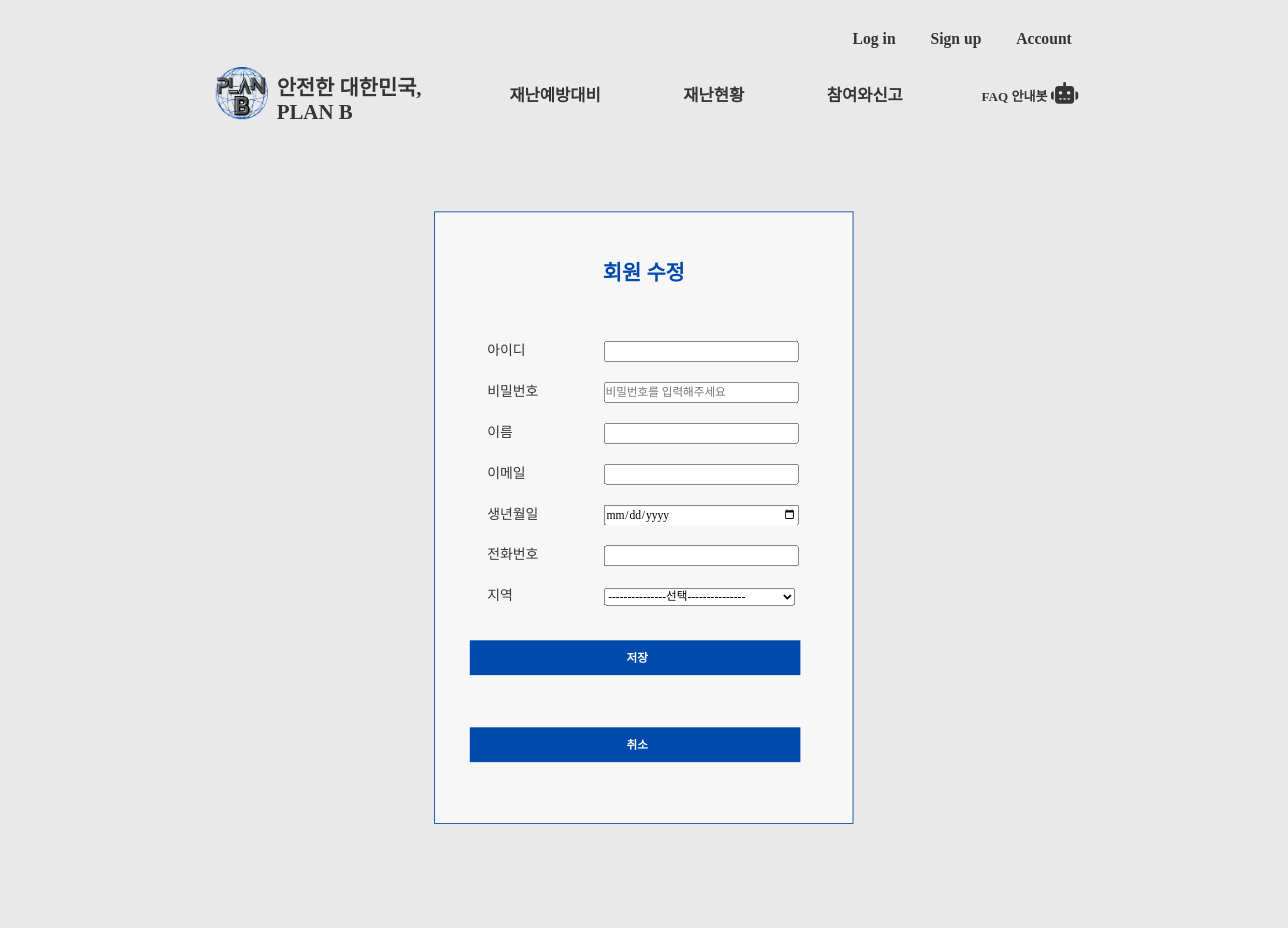
Repository: finalteam4/final
Page: http://localhost/member/update
These files come from the project's save history. The page is drawn as it stood at one moment and after the next save; the edit follows.
The browser window is 1280 px wide. The page is 1480 px wide, so the pictures cover 1480 px, including what lies to the right of the window. The pictures show the whole page, at 87% of full size.
Some web libraries are served in a nearby version. The page is this project's Thymeleaf template; nobody is signed in. The template is opened directly, without the code that normally fills it, so the values that code supplies are empty.

Above is the page before, as saved 2024-02-08 06:48:36.

### final/src/main/resources/templates/member/update.html
<!DOCTYPE html>
<html xmlns:th="http://www.thymeleaf.org">
<head>
<meta charset="UTF-8">
<title>회원정보...</title>
<link rel="stylesheet" th:href="@{/css/style.css}">
</head>
<body>
   <div class="ch">
    <div th:replace="~{header}"></div>
	<div id="container">
	  <section id="update">
		<h2>회원 수정</h2>
		<form th:action="@{/member/update}" method="post">
		<input type="hidden" name="id" th:value="${member.id}">
		   <fieldset>
		  	<ul>
		  		<li>
		  			<label for="memberId">아이디</label>
		  			<input type="text" name="memberId" readonly
		  				id="memberId" th:value="${member.memberId}">
		  		</li>
		  		<li>
		  			<label for="password">비밀번호</label>
		  			<input type="password" name="password"
		  			    id="password" placeholder="비밀번호를 입력해주세요">
		  		</li>
		  		<li>
		  			<label for="name">이름</label>
		  			<input type="text" name="name"
		  			    id="name" th:value="${member.name}">
		  		</li>
		  		<li>
		  			<label for="memberEmail">이메일</label>
		  			<input type="text" name="memberEmail"
		  			    id="memberEmail" th:value="${member.memberEmail}">
		  		</li>
		  		<li>
		  			<label for="memberAge">생년월일</label>
		  			<input type="date" name="memberAge"
		  			    id="memberAge" th:value="${member.memberAge}">
		  		</li>
		  		<li>
		  			<label for="mnumber">전화번호</label>
		  			<input type="text" name="mnumber"
		  			    id="mnumber" th:value="${member.mnumber}">
		  		</li>
		  		<li>
		  			<label for="memberArea">지역</label>
		  			 <select name="memberArea" id="memberArea" th:value="${member.memberArea}">
						    <option value="">---------------선택---------------</option>
						    <option value="서울특별시">서울특별시</option>
						    <option value="부산광역시">부산광역시</option>
						    <option value="대구광역시">대구광역시</option>
						    <option value="인천광역시">인천광역시</option>
						    <option value="광주광역시">광주광역시</option>
						    <option value="대전광역시">대전광역시</option>
						    <option value="울산광역시">울산광역시</option>
						    <option value="세종특별자치시">세종특별자치시</option>
						    <option value="경기도">경기도</option>
						    <option value="강원특별자치도">강원특별자치도</option>
						    <option value="충청북도">충청북도</option>
						    <option value="충청남도">충청남도</option>
						    <option value="전북특별자치도">전북특별자치도</option>
						    <option value="전라남도">전라남도</option>
						    <option value="경상북도">경상북도</option>
						    <option value="경상남도">경상남도</option>
						    <option value="제주특별자치도">제주특별자치도</option>
						</select>
		  		</li>
		  		<div class="line3"></div>
		  	    <li>
		  			<button type="submit" id="updatef">저장</button>
		  			<button type="reset" id="updatef">취소</button>
		  		</li>
		  	 </ul>
	  	    </fieldset>
	  	  </form>
	  	</section>
	</div>
	</div>
</body>
</html>

### final/src/main/resources/static/css/style.css
@charset "UTF-8";


/* 공통 */

*{margin: 0; padding: 0; font-family: 'NanumSquareRound';}

html, body{height:auto; min-height:100%; min-width:1440px; width:100%; color: #353535; background: #e9e9e9;}

a{text-decoration: none; color:#353535; font-weight:900;}
a:hover{text-decoration: none; color: #004aad; font-weight:900;}
ul li{list-style: none;}




/* nagyung */


/* =============================================
                     header
================================================ */
#planB-header{width:100%; max-width:1024px; margin:0 auto;
	/* border:1px solid black; */ /* body: 1024px틀 마지막에 지울예정 */
}
/* header - 로그인, 회원가입, 마이페이지 */
.planB-sidemenu{
	width:100%;
	display:flex;
	justify-content: flex-end;
}
.planB-sidemenu a{padding: 15px 20px; font-size:18px;}
/* header - 로고, 메인메뉴, 챗봇 */
.planB-menuWrap{width:100%; display:flex; margin-bottom:10px;}
.main-img-logo{
	width:310px;
	display:flex;
	align-items: center;
	padding-left:20px;
	}
.main-img-logo h2{padding:10px 0 0 10px;  font-weight:900;}

.main-menu{
	width:90%;
	margin:0 auto;
	display:flex;
	justify-content: space-evenly;
    align-items: center;
    padding-top:20px;
    }
.main-menu a{font-size:19px; letter-spacing:1px;}
.main-menu span{font-size:15px;}
/*===============================================
 					footer
=================================================*/



/* chaehee */

.ch{
  width: 100%;
  padding: 20px;
  background-color: #E9E9E9;


  .container{width: 90%; padding: 30px; margin: 0 auto;}


/* login 스타일 */
  #login{
    margin: 100px auto;
    padding: 40px;
    width: 380px;
    background-color: #f7f7f7;
    border: 1px solid rgb(0, 74 , 173);
    flex-direction: column;
  }
  #login h2{
    text-align: center;
    margin: 20px;
    color: rgb(0, 74 , 173);
  }
  #login fieldset{
    border: none;
  }

  #login li input{
  	border-style: none;
    margin: 15px auto;
    padding: 0 10px 0 10px;
    width: 100%;
    height: 40px;
    text-indent: 5px;
  }
  #login #username,
  #login #password,
  #login #loginbutton,
  #login #joinf{
    box-sizing: border-box;
    border: 1px solid #004aad;
  }
  #login #loginbutton,
  #login #joinf{
    font-weight: bold;
  }
  #login #loginbutton{
    background-color: #004aad;
    color: white;
  }
  #login #joinf{
    background-color: white;
    color: #004aad;
  }
  .line {
    display:flex;
    flex-basis:100%;
    align-items:center;
    color:rgba(0,0,0,0.35);
    font-size:14px;
    margin:10px 0px;
  }
  .line::before{
    content:"";
    flex-grow:1;
    margin:0px 16px;
    background:rgba(0,0,0,0.35);
    height:1px;
    font-size:0px;
  }
  .line::after {
    content:"";
    flex-grow:1;
    margin:0px 16px;
    background:rgba(0,0,0,0.35);
    height:1px;
    font-size:0px;
  }

  /* join 스타일 */
  #join{
    margin: 100px auto;
    padding: 40px;
    width: 400px;
    background-color: #f7f7f7;
    border: 1px solid rgb(0, 74 , 173);
    flex-direction: column;
  }
  #join h2{
    text-align: center;
    margin: 10px 20px 50px 20px;
    color: rgb(0, 74 , 173);
  }
  #join fieldset{
    border: none;
  }
  #join label{
    display: inline-block;
    width: 120px;
    margin: 10px 0px 10px 20px;
  }
  #join input[type="text" i],
  #join input[type="password" i],
  #join input[type="date" i],
  #join select  {
  width: 220px;
  height: 20px;
  margin: 10px;
  }
  #join #joinf, #join #kakao, #join #naver, #join #google {
  	border-style: none;
    margin: 15px 10px;
    width: 380px;
    height: 40px;
    text-indent: 5px;
  }

  #join #joinf{
    background-color: #004aad;
    color: white;
    font-weight: bold;
  }
  /* account 스타일 */
  #account{
    width: 60%;
    margin: 100px auto;
    display: flex;
    border: 1px solid #004aad;
    background-color: #f5f5f5;
    max-width: 1024px;
  }
  #left{
    width: 40%;
    height: 100%;
  }
  #left #mimage{
    width: 50%;
    aspect-ratio: 1 / 1;
    margin: 20px auto;
    background-color: #dadada;
    border-radius: 50%;
    margin-top: 25%;
    overflow: hidden;
  }
   #left #mimage img{
   display: block;
   width: 100%;
   }
  #left h6{
    padding-bottom: 50px;
    text-align: center;
    font-size: 15px;
  }
  #left .mbutton{
    margin: 10% auto;
    padding: 5%;
    width: 50%;
    border-radius: 30px;
    text-align: center;
    color: white;
    font-weight: bold;
  }
  #left #update{
    background-color: #dadada;
    font-size: 15px;
  }
  #left #logout{
    background-color: #004aad;
    font-size: 15px;
  }
  #right{
    margin: auto;
    padding: 30px;
    width: 90%;
    height: 100%;
    display: flex;
    flex-direction: column;
    justify-content: center;
  }
  #right h5{
    width: 100%;
    margin: 10px;
  }
  #right .mcontent{
    display: flex;
    flex-direction: column;
    margin: 5px 0 25px 0;
    padding: 5px 0;
    width: 100%;
    background-color: #ececec;
    border-top: 1px solid #004aad;
    border-bottom: 1px solid #004aad;
    align-items: center;
  }
  #right .mcontent p{
	padding: 8px 0px;
    width: 90%;
    border-bottom: 1px dashed white;
    text-align: center;
  }
  #right .mcontent p:last-child {
  border-bottom: none;
}
  .line2 {
    border-left: 1px dotted #004aad;
    width: 0;
  }

/* update 스타일 */
  #update{
    margin: 100px auto;
    padding: 40px;
    width: 400px;
    background-color: #f7f7f7;
    border: 1px solid rgb(0, 74 , 173);
    flex-direction: column;
  }
  #update h2{
    text-align: center;
    margin: 10px 20px 50px 20px;
    color: rgb(0, 74 , 173);
  }
  #update fieldset{
    border: none;
  }
  #update label{
    display: inline-block;
    width: 120px;
    margin: 10px 0px 10px 20px;
  }
  #update input[type="text" i],
  #update input[type="password" i],
  #update input[type="date" i],
  #update select  {
  width: 220px;
  height: 20px;
  margin: 10px;
  }
  #update #updatef, #update #kakao, #update #naver, #update #google {
    border-style: none;
    margin: 15px 10px;
    width: 380px;
    height: 40px;
    text-indent: 5px;
  }

  #update #updatef{
  	margin: 30px 0;
    background-color: #004aad;
    color: white;
    font-weight: bold;
  }



}

/* yubin */


.main-main {
	width:1024px;

    background-color: #d9d9d9;
    margin: 0 auto;
}
/* 메뉴 */
#state_sub{
		background: #1b4fa2 url(/images/titBg.jpg) no-repeat 50% 50%;
}
#state_sub .stateWrap > strong {
    display: block;
    margin-bottom: 30px;
    text-align: center;
    font-size: 44px;
    font-weight: 200;
    color: #fff;
    line-height: 1.1em;
}
#state_sub .stateWrap ul {
    text-align: center;
}
#state_sub .stateWrap ul li {
    display: inline-block;
    position: relative;
    margin: 0 24px;
    padding-bottom: 6px;
}
#state_sub .stateWrap ul li.active a strong {
    color: #fff;
    font-weight: 400;
}
#state_sub .stateWrap ul li a strong {
    display: block;
    font-size: 16px;
    font-weight: 200;
    color: rgba(255, 255, 255, 0.5);
}

/*산불페이지 */
.leftArea{
	float: left;

}
.leftArea img{
	width: 400px;
	height: 600px;
	margin: 10px 0 0 10px;
}
.rightArea{
	display:inline-block;
	margin-left: 20px;

}
.rightArea h2{
	margin-top: 20px;

}

.todayArea ul li{
	list-style: none;
	float: left;
    width: 183px;
    height: 110px;
    padding: 24px 0 0;
    margin-right: 10px;
    text-align: center;
    line-height: 1em;
    background: #f1f1f1;
    box-sizing: border-box;
    margin-top: 20px;
    margin-bottom: 20px;
}
/* 표 전체 스타일 */
.tableArea {
    width: 590px;
    height: 400px;
    margin-top:20px;
    overflow: auto; /* 내용이 넘칠 경우 스크롤 표시 */
}

/* 표 제목 스타일 */
.tableArea table {
    width: 100%;
    border-collapse: collapse;
    font-size: 14px;
}

/* 각 셀 스타일 */
.tableArea th, .tableArea td {
    border: 1px solid #ddd;
    padding: 8px;
    text-align: center;
}

/* 각 열 스타일 */
.tableArea th {
    background-color: #f0f0f0;
}

/* 각 행 스타일 */
.tableArea tr:hover {
    background-color: #f5f5f5;
}
 .terms317 img {

    width: 900px; /* 너비를 원하는 크기로 지정 */
    height: auto; /* 높이는 자동으로 조절됩니다. */

  }
.terms317 p{
	margin-left: 55px;
}
  .terms318 img {
    width: 300px; /* 너비를 원하는 크기로 지정 */
    height: auto; /* 높이는 자동으로 조절됩니다. */
  }

  .terms319 img {
    width: 250px; /* 너비를 원하는 크기로 지정 */
    height: auto; /* 높이는 자동으로 조절됩니다. */
  }

  .terms320 img {
    width: 550px; /* 너비를 원하는 크기로 지정 */
    height: auto; /* 높이는 자동으로 조절됩니다. */
  }

  .terms321 img {
    width: 550px; /* 너비를 원하는 크기로 지정 */
    height: auto; /* 높이는 자동으로 조절됩니다. */
  }


  .tabSlideWrap {
    padding: 10px;
  }

  .swiper-container-horizontal {
    position: relative;
    display: flex;
    justify-content: space-around;
  }

  .swiper-wrapper {
    list-style: none;
    padding: 0;
    margin: 0;
    display: flex;
  }

  .swiper-slide {
    margin-right: 20px;
  }

  .swiper-slide a {
    text-decoration: none;
    color: black;
    padding: 10px;
    display: block;
  }

  .swiper-slide a:hover {
    background-color: #f0f0f0;
  }
 /* 산불끝 */









/* KH */

/* 비상연락처 */

#container_emer h2{text-align:center; font-size: 3em; color:#e9e9e9; padding-top: 20px;
   margin-bottom: 50px;}
#container_emer{text-align: center; background-color: #e9e9e9;}
#emer_title{height: 95px; background-color:#004aad;}
#emer_tbl {border-collapse: collapse; margin: 20px auto;}
#emer_tbl td{width: 150px; height: 30px; border: 2px solid #ddd;
	padding: 8px; text-align: center; color: #363636; background-color:#f9f9f9;}
.region {cursor: pointer;}
#map {width: 1024px; height: 1024px;margin: 30px auto; background-color: rgba(255,255,255,1);
	}









/* sanghyun */

#content{
	width: 1024px;
	margin: 0px auto;
	height: 200vh;
}
h2.board_h2{
	color: #fff; text-align: center;
	width: 100%;
	height: 60px;
	background-color: #004aad;
	font-weight: bold;
	margin: 0;
	line-height: 60px;

}

#data_content{
	width: 100%;
	margin-top: 100px;
}

.news_section{
	margin: 50px 0px 0px 100px;
	width : 45%;
	border: 10px solid #fc80ac;
	display: block;
    float: left;
    padding: 10px;
    font-size:0.8rem;
}
.news_section p{
	margin: 5px;
}
.org_name{
	padding: 5px;
	font-size:1rem;
}
.board_section{
	display: block;
    float: left;
    margin: 50px 10px;
}


/* 게시판 */
.board_content{
	width: 100%;
	background-color: #fff;
	height: 100%;
}


.tbl_list {
	margin: 0 auto;
	width: 95%;
	text-align: center;
	border-collapse: collapse;
}
.tbl_list td, th{
	border-left: none;
	border-right: none;
	border-bottom: 1px solid black;
}
.td_title {width: 50%; text-overflow: ellipsis; white-space:nowrap;}

.board_btn {
   width: 90px;
   height: 35px;
   background-color: #cdcdcd;
   border: 1px solid #353535;
   border-radius: 10px;
   box-shadow: 2px 2px 4px rgba(0, 0, 0, 0.5);
   font-weight: bold;
}

.board_btn:hover{
	background-image: linear-gradient(to bottom right, #002255, #004aad);
	color: #fff;
}


/* 페이지 버튼 */
.pagination_btn {
    display: flex;
    justify-content: center;
    align-items: center; /* 수직 가운데 정렬 추가 */
    font-size: 15px;
    line-height: normal;
}

.page-box {
    margin: 0 10px;
    font-weight: bold;
    display: inline-block;
}

.page-num-btn {
    width: 20px;
    height: 20px;
    border-radius: 50%;
    margin: 5px auto;
}

.page-btn.disabled {
    pointer-events: none;
    cursor: default;
    color: #aaa;
}

.page-btn.active {
    display: inline-flex;
    align-items: center; /* 수직 가운데 정렬 추가 */
    justify-content: center;
    width: 30px;
    height: 30px;
    background-image: radial-gradient(ellipse, #0088FF, #004AAD);
    border-radius: 50%;
    color: #fff;
    text-align: center;
}

.page-btn.active .page-box {
    display: inline-block;
    color: #fff;
}

/* 게시판 검색창 */
.search_btn{
   width: 450px;
   height: 35px;
   margin: 0px auto;
   background-color: #cdcdcd;
   border: 1px solid #353535;
   border-radius: 10px;
   padding-top: 10px;
   box-shadow: 2px 2px 4px rgba(0, 0, 0, 0.5);
}

.search_btn2{
   width: 350px;
   height: 35px;
   margin: 0px auto;
   background-color: #cdcdcd;
   border: 1px solid #353535;
   border-radius: 10px;
   padding-top: 10px;
   box-shadow: 2px 2px 4px rgba(0, 0, 0, 0.5);
}

.toggle_btn{
   width: 80px;
   height: 25px;
   border: none;
   border-radius: 5px;
   text-align: center;
   background-color: #fff;
   margin: 0px 10px;
}
.search_box{
   width: 230px;
   height: 25px;
   border: none;
   border-radius: 5px;
   padding: 0px 10px;
}
.board_btn1 {
   width: 70px;
   height: 25px;
   border: none;
   border-radius: 0 5px 5px 0;
   border-left : 1px solid #000;
   background-color: rgba(0, 0, 0, 0);
   font-weight: semi-bold;
}
.board_btn2 {
   width: 50px;
   height: 25px;
   border: none;
   background-color: rgba(0, 0, 0, 0);
   font-weight: semi-bold;
}

/* 게시글 상세보기 */
.tbl_detail{
	width: 95%;
	margin: 0 auto;
}
.tbl_detail td, th{
	border-left: none;
	border-right: none;
}

/* 댓글 */
.replyform{
	width: 95%;
	margin: 0 auto;
}
.replyWrite{
	margin-top:10px;
	border-color:#ccc;
}
#rcontent{
	width:100%;
}
.reply_reply{
	margin-top: 10px;
}

/* 글쓰기 */
.custom-file-input {
    display: none; /* 숨김 */
}

.custom-file-label {
    width: 90px;
    height: 35px;
    background-color: #cdcdcd;
    border: 1px solid #353535;
    border-radius: 10px;
    box-shadow: 2px 2px 4px rgba(0, 0, 0, 0.5);
    font-weight: bold;
    display: flex;
    justify-content: center;
    align-items: center;
    cursor: pointer;
    float: left;
    margin-bottom: 10px;
    margin-right: 10px;
}

.custom-file-label:hover{
	background-image: linear-gradient(to bottom right, #002255, #004aad);
	color: #fff;
}

.file-name{
	line-height: 35px;
}

.form-control {
  display: block;
  width: 95%;
  border: 1px solid #dee2e6;
  border-radius: 0.375rem;
  margin: 0 auto;
  padding: 5px;
}

@media (prefers-reduced-motion: reduce) {
  .form-control {
    transition: none;
  }
}
.form-select {
  display: block;
  width: 95%;
  border: 1px solid #dee2e6;
  border-radius: 0.375rem;
  margin: 0 auto;
}
@media (prefers-reduced-motion: reduce) {
  .form-select {
    transition: none;
  }
}
/* 채팅방 */

@media (max-width: 1024px) {
  #content {
    width:100%;
  }
  table{
  font-size: 1.5vw
  }
  .search_btn{
  	width: 425px;
  }
}



@media (max-width: 425px) {
  #content {
    width:355px;
  }
  table{
  font-size: 10px;
  }
  .search_btn{
  	width:355px;
  }
}



/* 헤더 */
header #head_header nav{
	width: 100%;
	height: 80px;
	background: #e9e9e9;
	border-top: 1px solid #ccc;
	border-bottom: 1px solid #ccc;
}
header #head_header h1{
	text-align:center;
}
#top_menu{line-height: 80px; text-align:center;}
#top_menu li{display: inline-block; margin: 0 20px; }
#top_menu li a{color: #444; padding: 0 20px;}
#top_menu li a:hover{color: #111;}

Loaded but not shown: final/src/main/resources/static/js/faq-chatbot.js (83 lines, source omitted); final/src/main/resources/static/js/favicon.js (19 lines, source omitted); final/src/main/resources/static/css/Mainstyle.css (775 lines, source omitted); final/src/main/resources/templates/header.html (152 lines, source omitted)

After the next save:
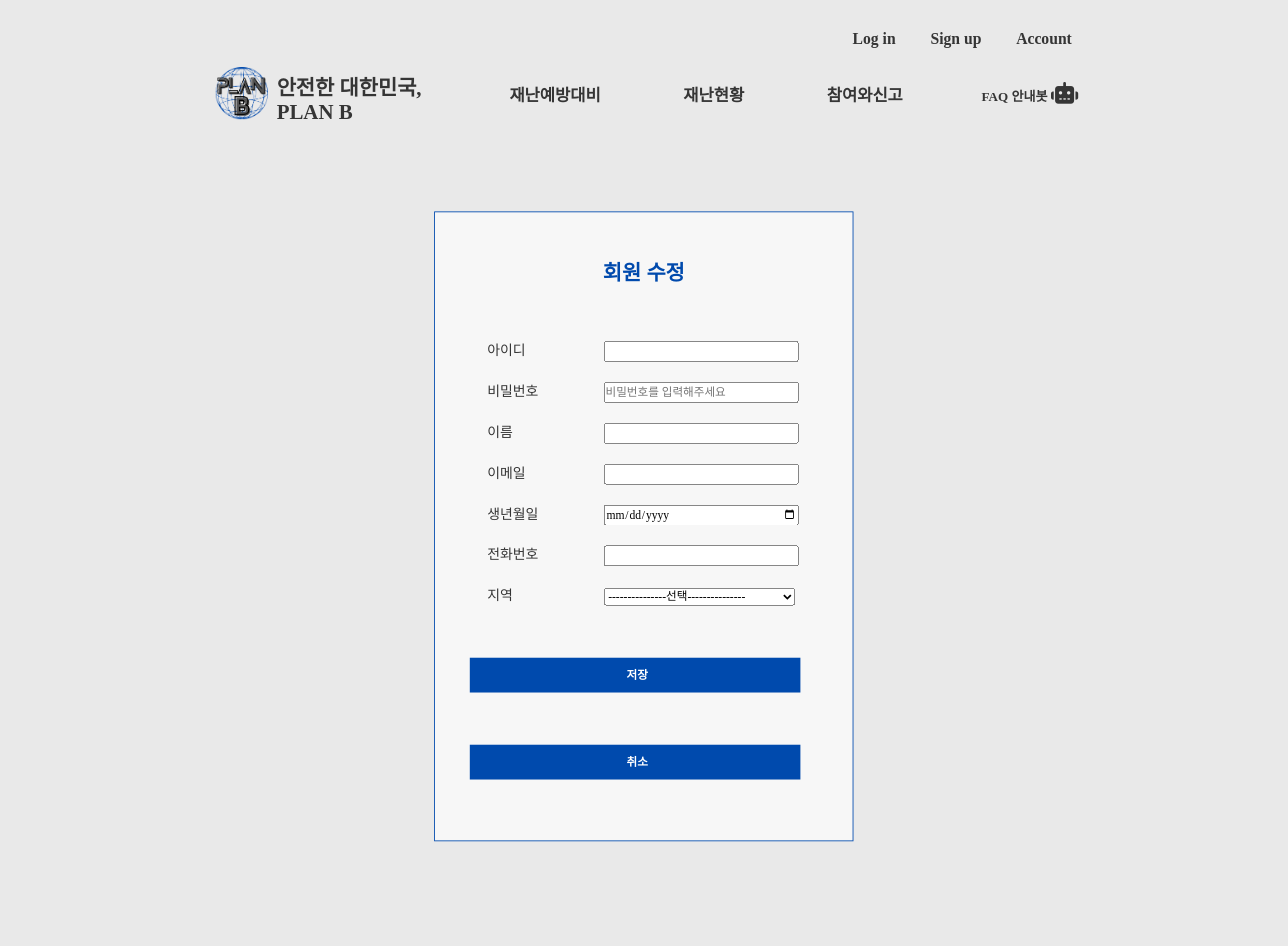
Saved 11 s later.
--- a/final/src/main/resources/static/css/style.css
+++ b/final/src/main/resources/static/css/style.css
@@ -309,6 +309,14 @@
     background-color: #004aad;
     color: white;
     font-weight: bold;
+  }
+    .line3 {
+    display:flex;
+    flex-basis:100%;
+    align-items:center;
+    color:rgba(0,0,0,0.35);
+    font-size:14px;
+    margin:10px 0px;
   }
 
 

After the save that followed:
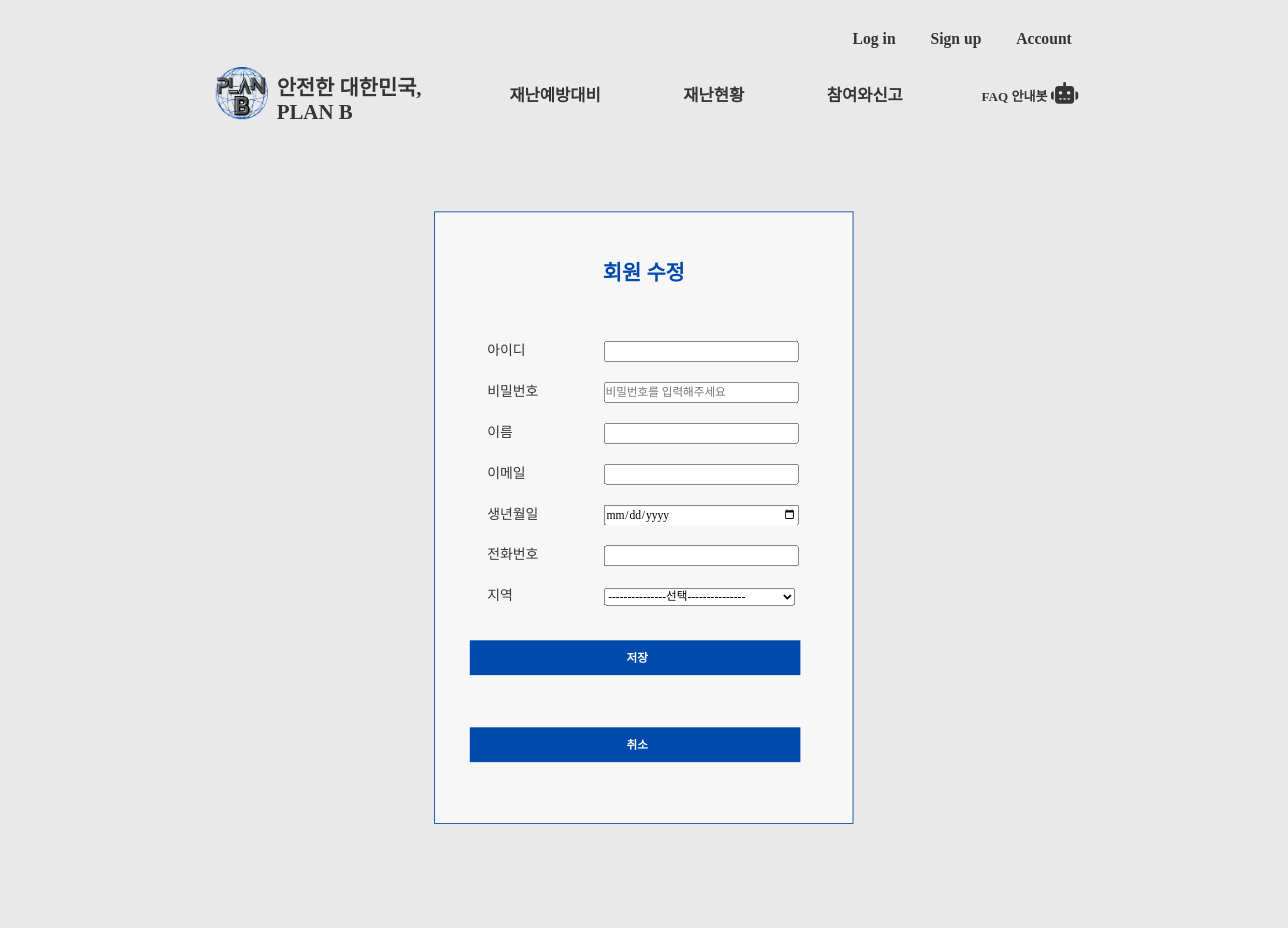
Saved 28 s later.
--- a/final/src/main/resources/static/css/style.css
+++ b/final/src/main/resources/static/css/style.css
@@ -310,13 +310,9 @@
     color: white;
     font-weight: bold;
   }
-    .line3 {
-    display:flex;
-    flex-basis:100%;
-    align-items:center;
-    color:rgba(0,0,0,0.35);
-    font-size:14px;
-    margin:10px 0px;
+   .line3 {
+    border-left: 1px dotted #004aad;
+    width: 0;
   }
 
 
